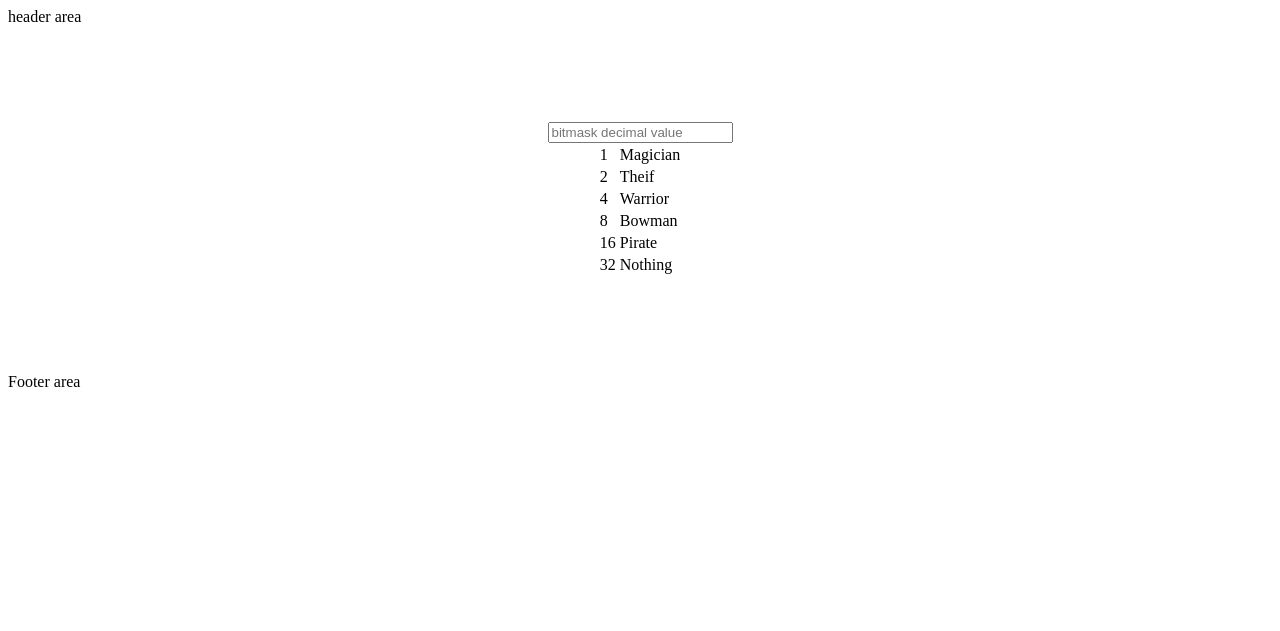
Repository: madelinestruthers/madeline-project
Page: /
An editor plug-in stored every save of this project. The page is shown before and after the next save, followed by the edit.
The browser window is 1280 px wide. The pictures show the whole page.
The project was rebuilt for these pictures with package versions that can differ from the ones it lists, and the page was loaded fresh each time. The framework's server and built-in components were replaced by stand-ins that run in the browser. Also part of the build but not shown: next.config.mjs.

Above is the page before, as saved 2024-01-22 10:56:38.

After the next save:
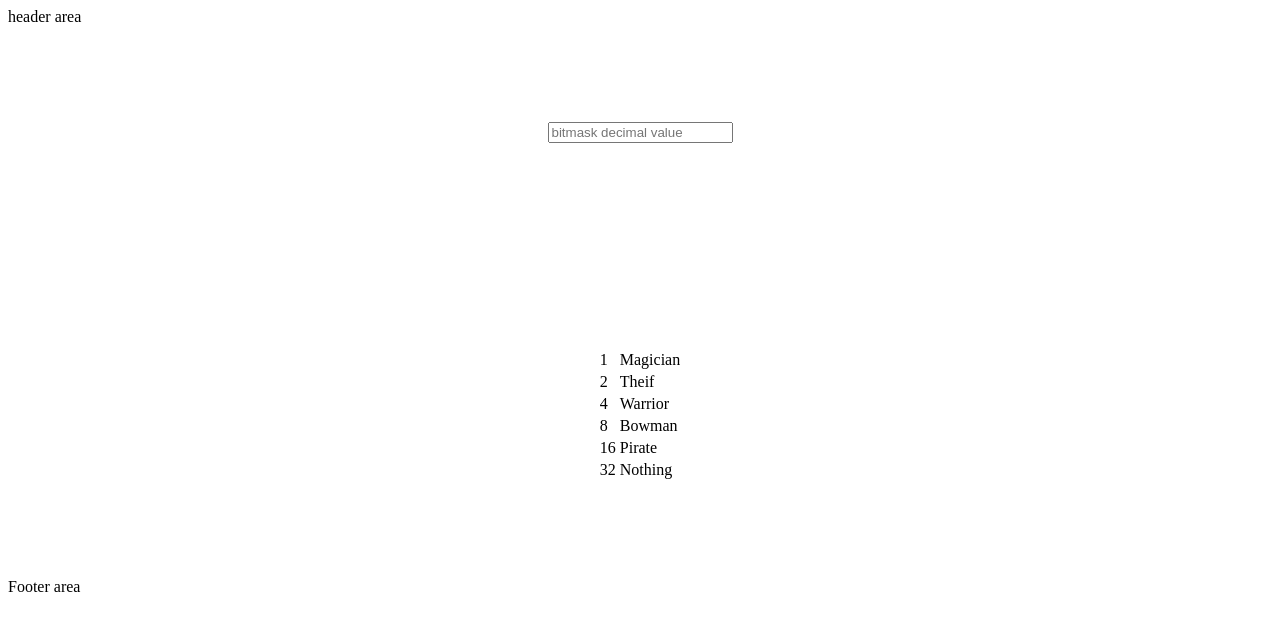
Saved 7 days later.
--- a/styles/Home.module.css
+++ b/styles/Home.module.css
@@ -4,6 +4,6 @@
   justify-content: space-between;
   align-items: center;
   padding: 6rem;
-  min-height: 20vh;
+  min-height: 50vh;
 
 }
